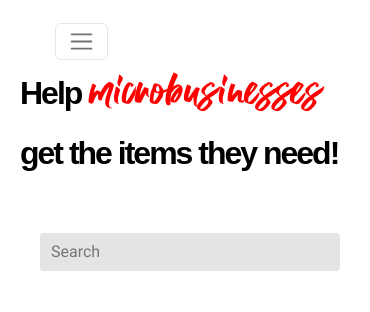
Repository: David-Waite/edableStyleChanges
Page: /
These files come from the project's save history. The page is drawn as it stood at one moment and after the next save; the edit follows.
The browser window is 370 px wide. The pictures show the whole page.
The project was rebuilt for these pictures with package versions that can differ from the ones it lists, and the page was loaded fresh each time. Also part of the build but not shown: src/components/Item/ProgressBar.css, src/components/Volunteer/Volunteer.tsx, src/components/DonorForm/Message.css, src/components/Volunteer/VolunteerError.tsx, src/components/Default.tsx, src/components/DonorForm/Paypal.tsx, src/components/DonorForm/DonorForm.tsx, src/components/Organisation/Organisation.module.css and 9 more.

Above is the page before, as saved 2022-10-27 18:12:08.

After the next save:
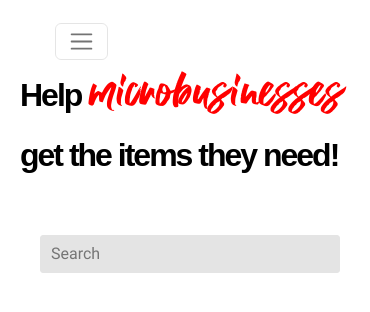
Saved 16 s later.
--- a/src/components/Landing/ItemsCollection.module.css
+++ b/src/components/Landing/ItemsCollection.module.css
@@ -120,9 +120,3 @@
     gap: 20px;
   }
 }
-
-@media (max-width: 370px) {
-  .title span {
-    font-size: 50px;
-  }
-}
